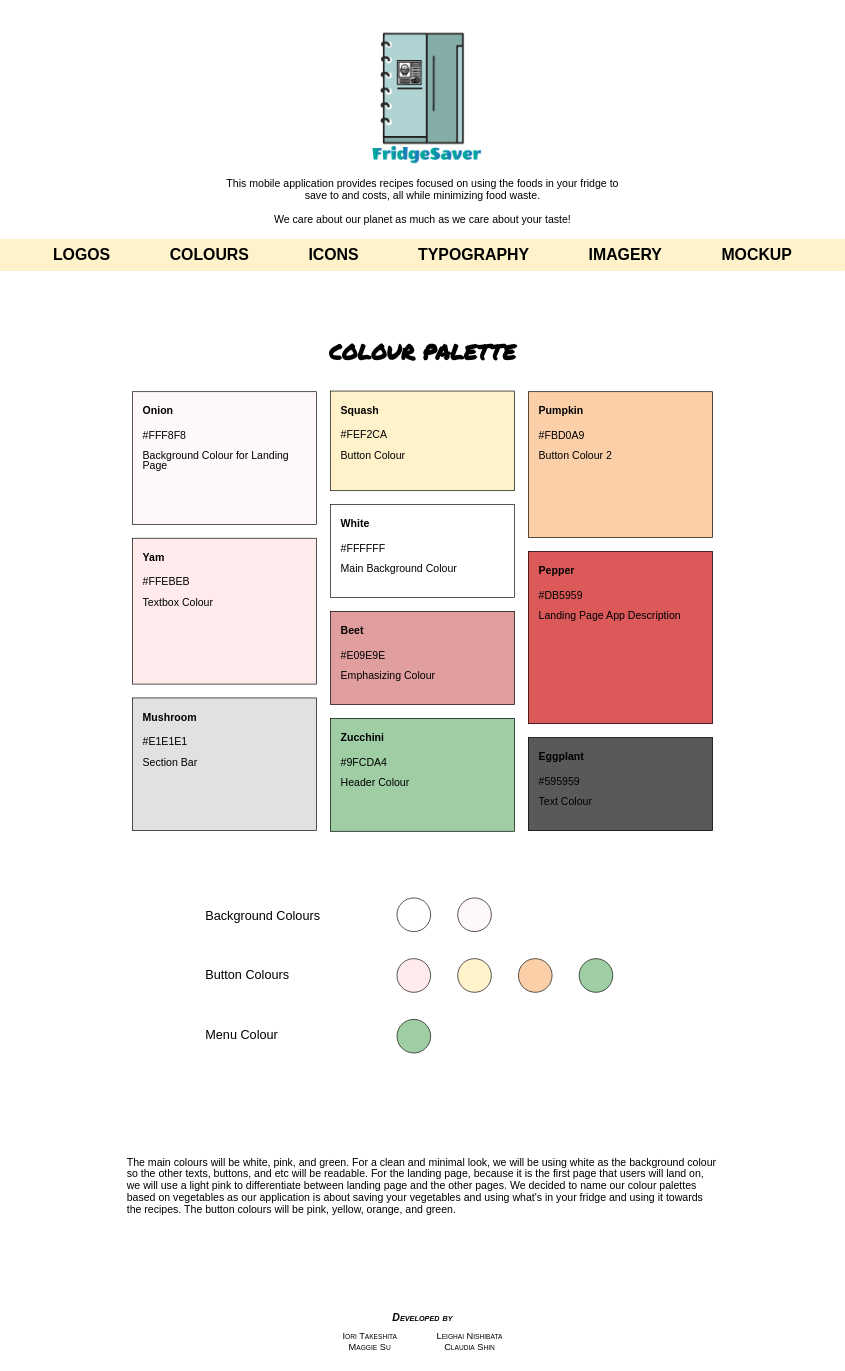
Repository: iorid3/StyleGuide
Page: colourpalette.html
These files come from the project's save history. The page is drawn as it stood at one moment and after the next save; the edit follows.
The browser window is 1280 px wide. The pictures show the whole page, at 66% of full size.
Some web fonts or font styles are not loaded; a fallback is used.

Above is the page before, as saved 2021-03-19 01:32:23.

After the next save:
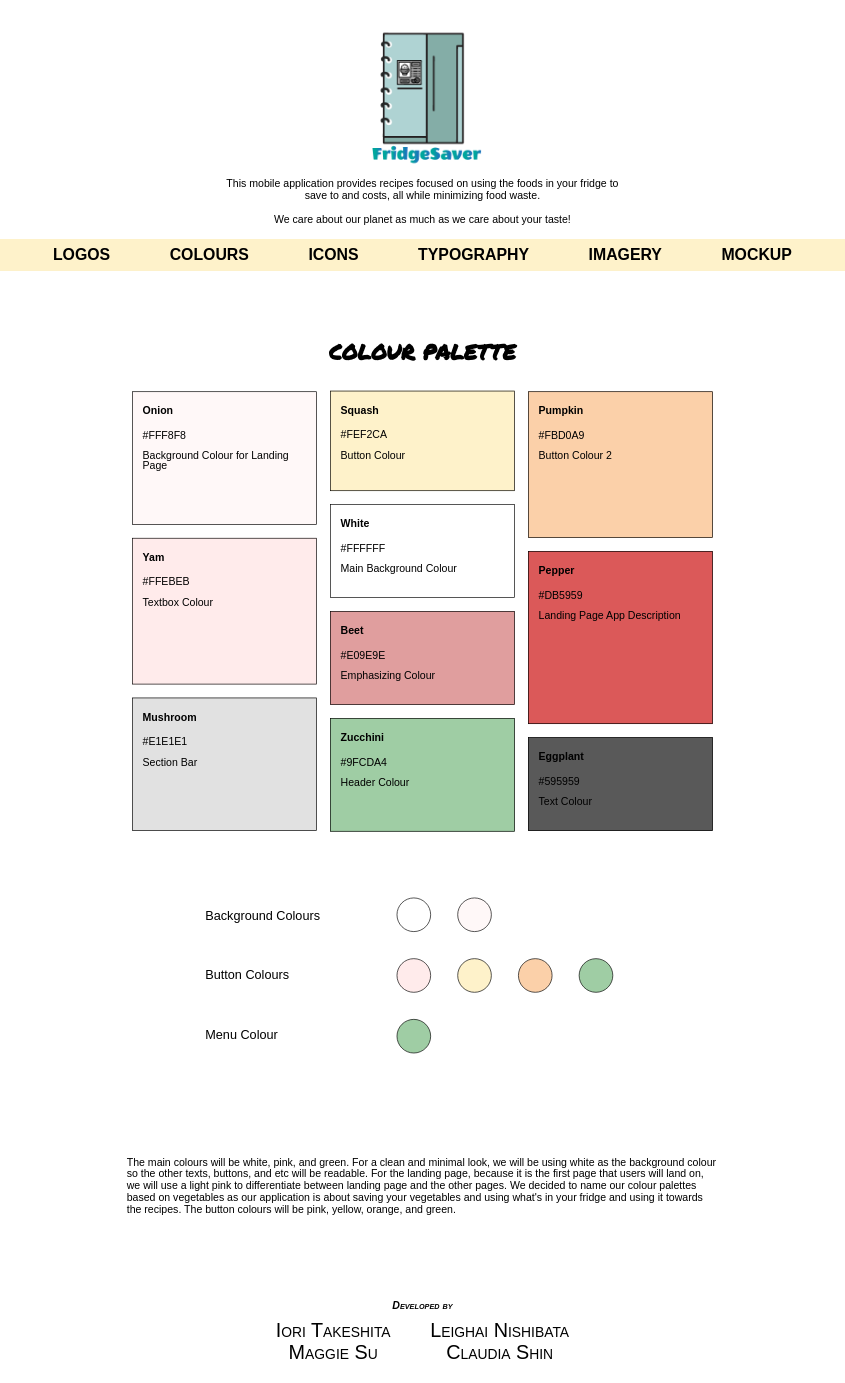
Saved 20 s later.
--- a/colourpalette.css
+++ b/colourpalette.css
@@ -274,7 +274,7 @@
     flex-direction: column;
     justify-content: center;
     align-items: center;
-    font-size:30px;
+
 }
 .footer_text div {
     font-size: 16px;
@@ -292,7 +292,7 @@
 .footer_text_name div {
     margin: 10px 30px 30px 30px;
     font-weight: 500;
-    font-size: 14px;
+    font-size: 30px;
     font-style: normal;
 }
 
